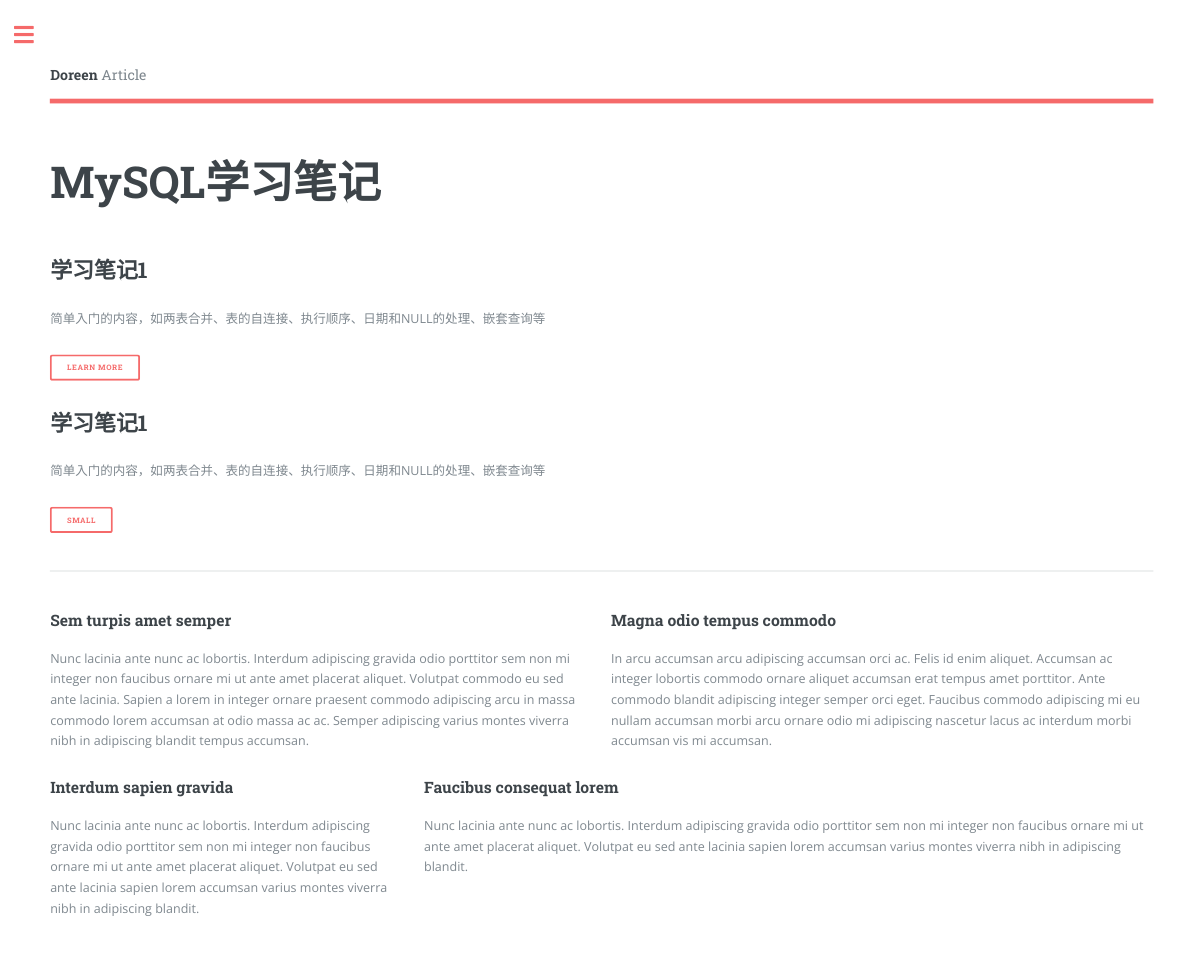
Repository: Hpz3859/Hpz3859.github.io
Page: mysql.html
An editor plug-in stored every save of this project. The page is shown before and after the next save, followed by the edit.
The browser window is 1280 px wide. The pictures show the whole page, at 94% of full size.

Above is the page before, as saved 2025-03-19 14:06:37.

### mysql.html
<!DOCTYPE HTML>
<!--
	Editorial by HTML5 UP
	html5up.net | @ajlkn
	Free for personal and commercial use under the CCA 3.0 license (html5up.net/license)
-->
<html>
	<head>
		<title>Doreen MySQL note</title>
		<meta charset="utf-8" />
		<meta name="viewport" content="width=device-width, initial-scale=1, user-scalable=no" />
		<link rel="stylesheet" href="assets/css/main.css" />
	</head>
	<body class="is-preload">

		<!-- Wrapper -->
			<div id="wrapper">

				<!-- Main -->
					<div id="main">
						<div class="inner">

							<!-- Header -->
								<header id="header">
									<a href="index.html" class="logo"><strong>Doreen</strong> Article</a>
									<!--
									<ul class="icons">
										<li><a href="#" class="icon brands fa-twitter"><span class="label">Twitter</span></a></li>
										<li><a href="#" class="icon brands fa-facebook-f"><span class="label">Facebook</span></a></li>
										<li><a href="#" class="icon brands fa-snapchat-ghost"><span class="label">Snapchat</span></a></li>
										<li><a href="#" class="icon brands fa-instagram"><span class="label">Instagram</span></a></li>
										<li><a href="#" class="icon brands fa-medium-m"><span class="label">Medium</span></a></li>
									</ul>
									-->
								</header>

							<!-- Content -->
								<section>
									<header class="main">
										<h1>MySQL学习笔记</h1>
									</header>
										<!-- Content -->
										<div class="content">
											<h2>学习笔记1</h2>
											<p>简单入门的内容，如两表合并、表的自连接、执行顺序、日期和NULL的处理、嵌套查询等</p>
											<ul class="actions">
												<li><a href="#" class="button small">Learn More</a></li>
											</ul>
										</div>
										<h2 id="content">学习笔记1</h2>
										<p>简单入门的内容，如两表合并、表的自连接、执行顺序、日期和NULL的处理、嵌套查询等</p>
										<a href="#" class="button small">Small</a>

										<hr class="major" />
										<div class="row">
											<div class="col-6 col-12-small">
												<h3>Sem turpis amet semper</h3>
												<p>Nunc lacinia ante nunc ac lobortis. Interdum adipiscing gravida odio porttitor sem non mi integer non faucibus ornare mi ut ante amet placerat aliquet. Volutpat commodo eu sed ante lacinia. Sapien a lorem in integer ornare praesent commodo adipiscing arcu in massa commodo lorem accumsan at odio massa ac ac. Semper adipiscing varius montes viverra nibh in adipiscing blandit tempus accumsan.</p>
											</div>
											<div class="col-6 col-12-small">
												<h3>Magna odio tempus commodo</h3>
												<p>In arcu accumsan arcu adipiscing accumsan orci ac. Felis id enim aliquet. Accumsan ac integer lobortis commodo ornare aliquet accumsan erat tempus amet porttitor. Ante commodo blandit adipiscing integer semper orci eget. Faucibus commodo adipiscing mi eu nullam accumsan morbi arcu ornare odio mi adipiscing nascetur lacus ac interdum morbi accumsan vis mi accumsan.</p>
											</div>
											<!-- Break -->
											<div class="col-4 col-12-medium">
												<h3>Interdum sapien gravida</h3>
												<p>Nunc lacinia ante nunc ac lobortis. Interdum adipiscing gravida odio porttitor sem non mi integer non faucibus ornare mi ut ante amet placerat aliquet. Volutpat eu sed ante lacinia sapien lorem accumsan varius montes viverra nibh in adipiscing blandit.</p>
											</div>
											<div class="col-8 col-12-medium">
												<h3>Faucibus consequat lorem</h3>
												<p>Nunc lacinia ante nunc ac lobortis. Interdum adipiscing gravida odio porttitor sem non mi integer non faucibus ornare mi ut ante amet placerat aliquet. Volutpat eu sed ante lacinia sapien lorem accumsan varius montes viverra nibh in adipiscing blandit.</p>
											</div>

								</section>

						</div>
					</div>

				<!-- Sidebar -->
					<div id="sidebar">
						<div class="inner">

							<!-- Search -->
								<section id="search" class="alt">
									<form method="post" action="#">
										<input type="text" name="query" id="query" placeholder="Search" />
									</form>
								</section>

							<!-- Menu -->
								<nav id="menu">
									<header class="major">
										<h2>目录</h2>
									</header>
									<ul>
										<li><a href="index.html">主页</a></li>
										<li>
											<span class="opener">过往经历</span>
											<ul>
												<li><a href="resume.html">个人简历</a></li>
												<li><a href="#">项目笔记</a></li>
												<li><a href="mysql.html">MySQL学习笔记</a></li>
											</ul>
											<span class="opener">文章</span>
											<ul>
												<li><a href="#">过往经历</a></li>
												<li><a href="#">数据挖掘</a></li>
												<li><a href="#">量化与投资</a></li>
												<li><a href="#">随笔</a></li>
											</ul>
										</li>
										<li><a href="#">视频</a></li>
									</ul>
								</nav>


							<!-- Section -->
								<section>
									<header class="major">
										<h2>联系我</h2>
									</header>
									<p> </p>
									<ul class="contact">
										<li class="icon solid fa-envelope"><a href="#">h18286003859@163.com</a></li>
										<li class="icon solid fa-phone">(+86)13001993255</li>
										<!-- 地址
										<li class="icon solid fa-home"></li>
										-->
									</ul>
								</section>

							<!-- Footer -->
							 <!--
								<footer id="footer">
									<p class="copyright">&copy; Untitled. All rights reserved. Demo Images: <a href="https://unsplash.com">Unsplash</a>. Design: <a href="https://html5up.net">HTML5 UP</a>.</p>
								</footer>
							-->

						</div>
					</div>

			</div>

		<!-- Scripts -->
			<script src="assets/js/jquery.min.js"></script>
			<script src="assets/js/browser.min.js"></script>
			<script src="assets/js/breakpoints.min.js"></script>
			<script src="assets/js/util.js"></script>
			<script src="assets/js/main.js"></script>

	</body>
</html>

Loaded but not shown: assets/js/jquery.min.js (library); assets/js/browser.min.js (common file); assets/js/breakpoints.min.js (common file); assets/css/fontawesome-all.min.css (library); assets/js/util.js (587 lines, source omitted); assets/js/main.js (262 lines, source omitted); assets/css/main.css (2273 lines, source omitted)

After the next save:
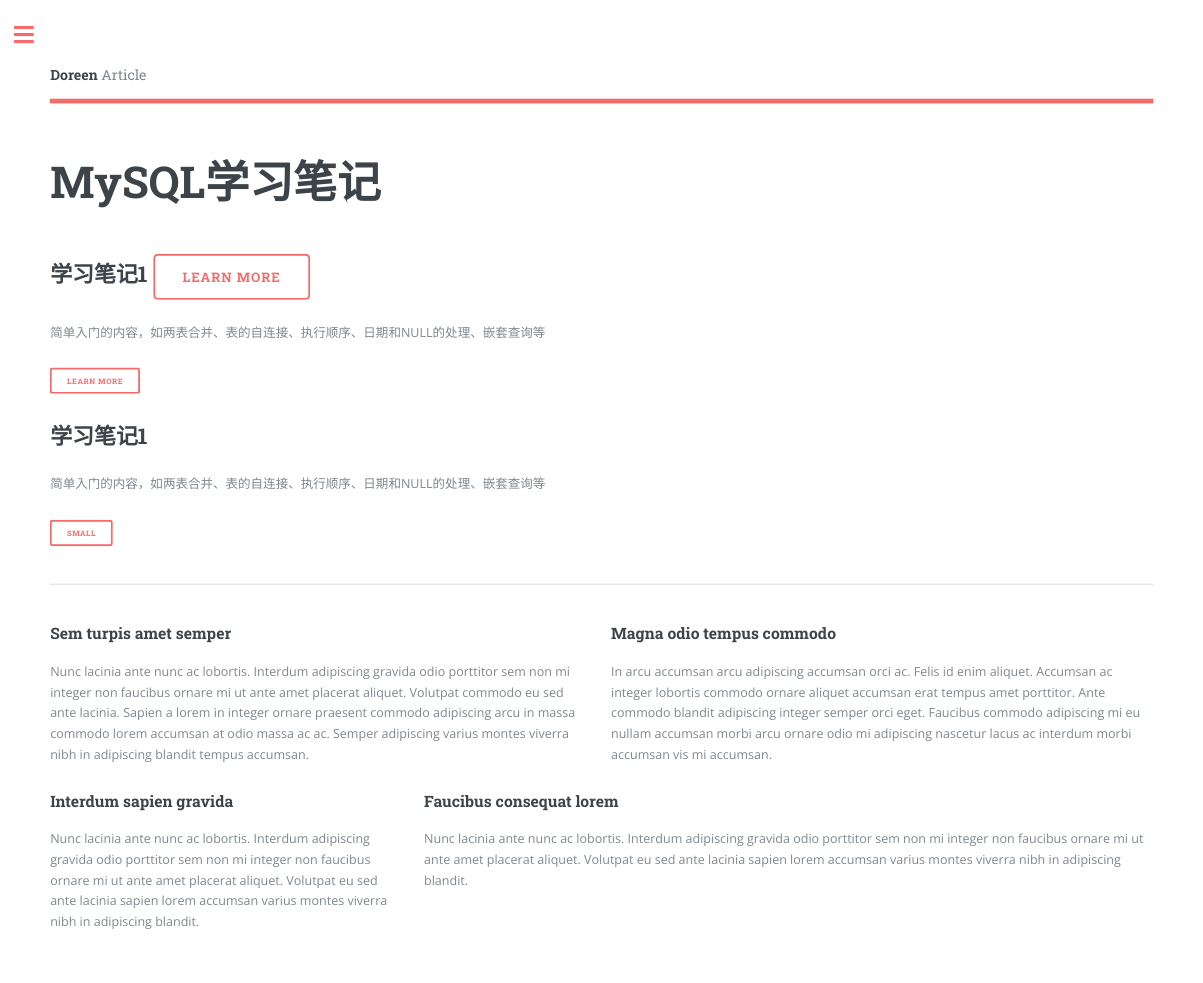
Saved 6 min 14 s later.
--- a/mysql.html
+++ b/mysql.html
@@ -41,7 +41,7 @@
 									</header>
 										<!-- Content -->
 										<div class="content">
-											<h2>学习笔记1</h2>
+											<h2>学习笔记1 <a href="#" class="button small">Learn More</a></h2>
 											<p>简单入门的内容，如两表合并、表的自连接、执行顺序、日期和NULL的处理、嵌套查询等</p>
 											<ul class="actions">
 												<li><a href="#" class="button small">Learn More</a></li>

After the save that followed:
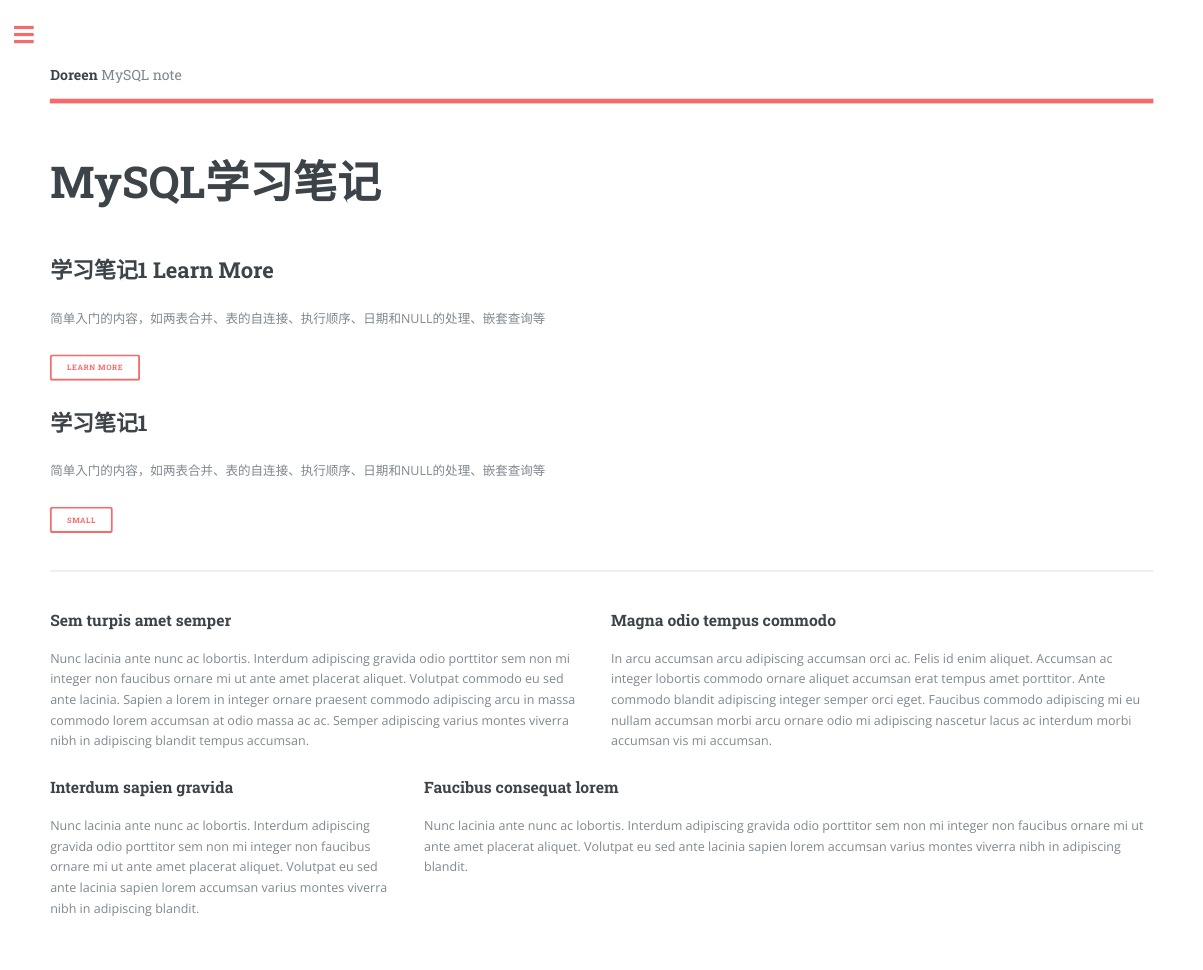
Saved 2 min 3 s later.
--- a/mysql.html
+++ b/mysql.html
@@ -22,7 +22,7 @@
 
 							<!-- Header -->
 								<header id="header">
-									<a href="index.html" class="logo"><strong>Doreen</strong> Article</a>
+									<a href="mysql.html" class="logo"><strong>Doreen</strong> MySQL note</a>
 									<!--
 									<ul class="icons">
 										<li><a href="#" class="icon brands fa-twitter"><span class="label">Twitter</span></a></li>
@@ -41,7 +41,7 @@
 									</header>
 										<!-- Content -->
 										<div class="content">
-											<h2>学习笔记1 <a href="#" class="button small">Learn More</a></h2>
+											<h2>学习笔记1 <a href="#" class="logo">Learn More</a></h2>
 											<p>简单入门的内容，如两表合并、表的自连接、执行顺序、日期和NULL的处理、嵌套查询等</p>
 											<ul class="actions">
 												<li><a href="#" class="button small">Learn More</a></li>
